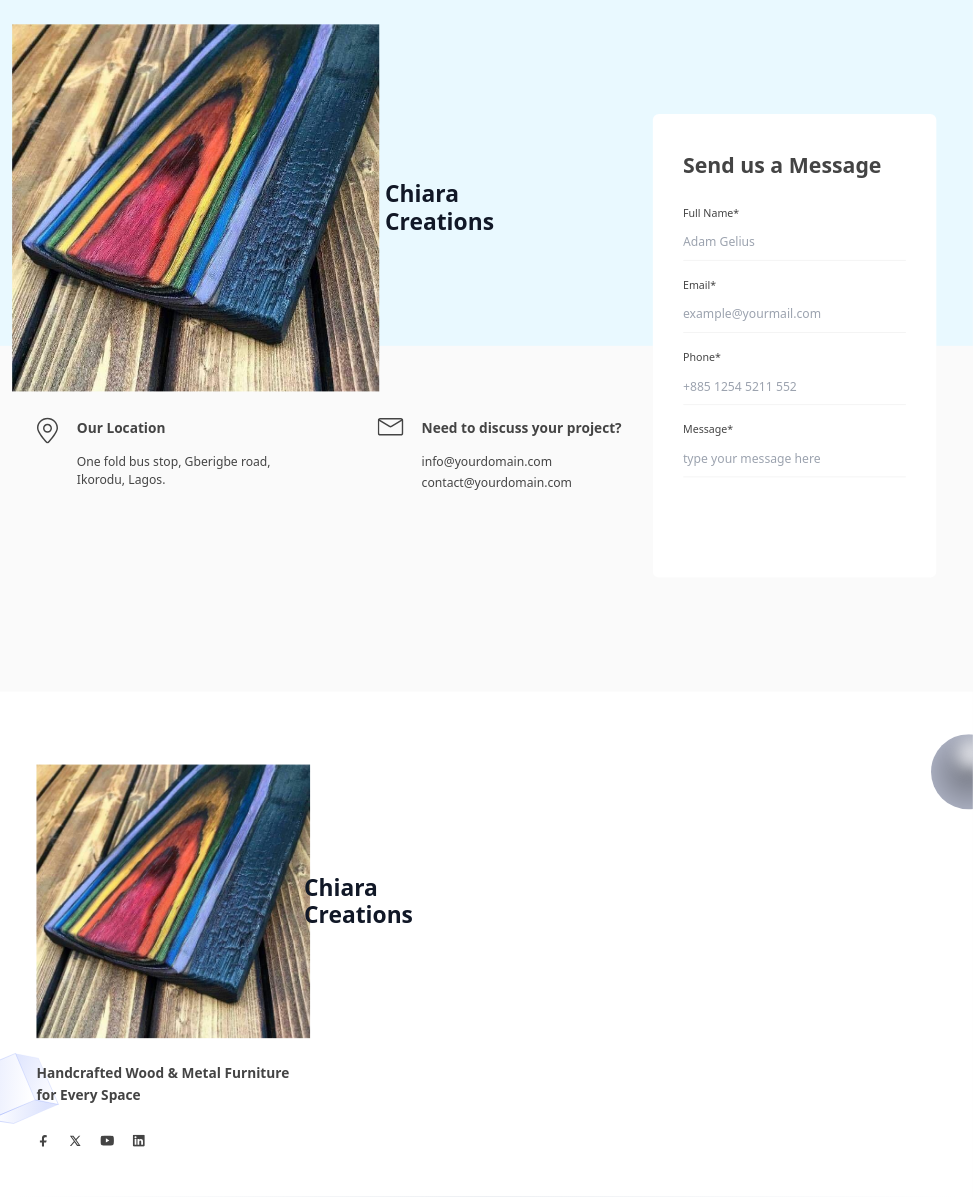
Repository: SuezDevelopment/chiara_creations
Page: /
These files come from the project's save history. The page is drawn as it stood at one moment and after the next save; the edit follows.
The browser window is 1280 px wide. The pictures show the whole page, at 76% of full size.
The project was rebuilt for these pictures with package versions that can differ from the ones it lists, and the page was loaded fresh each time. The framework's server and built-in components were replaced by stand-ins that run in the browser. Also part of the build but not shown: next.config.mjs.

Above is the page before, as saved 2024-03-07 13:19:41.

### src/pages/_app.tsx
import 'tailwindcss/tailwind.css';
import "@/styles/globals.css";
import type { AppProps } from "next/app";

import {memo} from 'react';

const MyApp = memo(({Component, pageProps}: AppProps): JSX.Element => {
  return (
    <>
      <Component {...pageProps} />
    </>
  );
});

export default MyApp;

### src/pages/_document.tsx
import { Html, Head, Main, NextScript } from "next/document";

export default function Document() {
  return (
    <Html lang="en">
      <Head>
        <meta charSet="utf-8" />

        <meta content="notranslate" name="google" />
      </Head>
      <body>
        <Main />
        <NextScript />
      </body>
    </Html>
  );
}

### src/pages/index.tsx
import Image from "next/image";
import { Inter } from "next/font/google";
import Page from "@/components/layout/page";
import { homePageMeta } from "@/data/data";
import Header from "@/components/ui/header";
import Contact from "@/components/ui/contact";
import Footer from "@/components/ui/footer";

export default function Home() {
  const {title, description} = homePageMeta;
  return (
    <Page title={title} description={description}>
      <Header />
      <Contact />
      <Footer />
    </Page>
  );
}

### src/styles/globals.css
@tailwind base;
@tailwind components;
@tailwind utilities;

@layer utilities {
  /* Chrome, Safari and Opera */
  .no-scrollbar::-webkit-scrollbar {
    display: none;
  }

  .no-scrollbar {
    -ms-overflow-style: none; /* IE and Edge */
    scrollbar-width: none; /* Firefox */
  }
}

@supports (-webkit-touch-callout: none) {
  .h-screen {
    height: -webkit-fill-available;
  }
}

* {
  -webkit-font-smoothing: antialiased;
  -moz-osx-font-smoothing: grayscale;
}

html {
  -webkit-tap-highlight-color: transparent;
  scroll-behavior: smooth;
  height: 100vh;
}

body {
  position: relative;
  width: 100%;
  color: #444444;
  font-family: system-ui, -apple-system, BlinkMacSystemFont, 'Segoe UI', Ubuntu, 'Helvetica Neue', sans-serif;
  background-color: #fafafa;
}

td,
th {
  padding: 4px 8px 4px 4px;
  text-align: left;
}

th {
  font-weight: 600;
}

### src/components/layout/page.tsx
import { HomepageMeta } from '@/data/types';
import {NextPage} from 'next';
import Head from 'next/head';
import {useRouter} from 'next/router';
import {memo, PropsWithChildren} from 'react';


const Page: NextPage<PropsWithChildren<HomepageMeta>> = memo(({children, title, description}) => {
    const router = useRouter();
    const {asPath: pathname} = useRouter();
    return (
        <>
            <Head>
                <title>{title}</title>
                <meta name="description" content={description} />

                 {/* several domains list the same content, make sure google knows we mean this one. */}
                <link href={`https://chiara-creations.vercel.app${pathname}`} key="canonical" rel="canonical" />
                <link href="/favicon.ico" rel="icon" sizes="any" />

                <link href="/icon.svg" rel="icon" type="image/svg+xml" />

                <link href="/apple-touch-icon.png" rel="apple-touch-icon" />

                <link href="/site.webmanifest" rel="manifest" />

                {/* Open Graph : https://ogp.me/ */}
                <meta content={title} property="og:title" />
                <meta content={description} property="og:description" />
                <meta content={`https://chiara-creations.vercel.app${pathname}`} property="og:url" />

                <meta content={title} name="twitter:title" />
                <meta content={description} name="twitter:description" />
            </Head>
            <main>
                {children}
            </main>
        </>
    )
});

Page.displayName = 'Page';
export default Page;

### src/data/data.ts
import { HomepageMeta, Service } from "./types";

export const homePageMeta: HomepageMeta = {
  title:
    "Chiara Creations - Handcrafted Wood & Metal Furniture for Every Space",
  description:
    "With a focus on quality craftsmanship and innovative design, we cater to various sectors including residential, commercial, and industrial clients.",
};

export const services: Service[] = [
  {
    name: "Wooden Furniture",
    description:
      "At Chiara creations,our wooden furniture range includes but is not limited to tables, chairs, doors,cabinets, shelves, closets,bed frames, and custom-designed pieces.",
  },
  {
    name: "Metal Furniture",
    description:
      "We also manufacture metal furniture such as steel-framed tables, chairs, desks, shelves, armored doors, security doors , regular doors and industrial-style furniture for modern living spaces.",
  },
  {
    name: "Custom Fabrication",
    description:
      "We provide bespoke fabrication services, collaborating closely with clients to create custom wood and metal products tailored to their specific requirements.",
  },
  {
    name: "Interior Design Solutions",
    description:
      "Our team here at Chiara creations offers comprehensive interior design solutions, integrating our furniture pieces into cohesive interior spaces for homes, offices, restaurants, and other commercial establishments.",
  },
  {
    name: "Consultation and Installation",
    description:
      "From initial consultation to final installation, we ensure a seamless process, guiding clients through every step of the project to achieve their desired outcome.",
  },
];

### src/components/ui/footer.tsx
"use client";
import Image from "next/image";
import Link from "next/link";

const Footer = () => {
  return (
    <>
      <footer className="relative z-10 bg-white pt-16 dark:bg-gray-dark md:pt-20 lg:pt-24">
        <div className="container px-4 mx-auto">
          <div className="mx-4 flex flex-wrap">
            <div className="w-full px-4 md:w-1/2 lg:w-4/12 xl:w-5/12">
              <div className="mb-5 max-w-[360px] lg:mb-16">
                <Link href="/" className="mb-8 flex items-center -space-x-2">
                  <Image
                    src="/images/logo.png"
                    alt="logo"
                    className="w-full dark:hidden"
                    width={40}
                    height={30}
                  />
                  <Image
                    src="/images/logo.png"
                    alt="logo"
                    className="hidden w-full dark:block"
                    width={40}
                    height={30}
                  />
                  <span className="text-2xl sm:text-xl md:text-3xl font-bold text-gray-900 dark:text-gray">Chiara Creations</span>
                </Link>
                <p className="mb-9 leading-relaxed font-bold text-lg text-body-color dark:text-body-color-dark">
                    Handcrafted Wood & Metal Furniture for Every Space
                </p>
                <div className="flex items-center">
                  <a
                    href="/"
                    aria-label="social-link"
                    target="_blank"
                    rel="noopener noreferrer"
                    className="mr-6 text-body-color duration-300 hover:text-primary dark:text-body-color-dark dark:hover:text-primary"
                  >
                    <svg
                      width="18"
                      height="18"
                      viewBox="0 0 22 22"
                      fill="none"
                      xmlns="http://www.w3.org/2000/svg"
                    >
                      <path
                        d="M12.1 10.4939V7.42705C12.1 6.23984 13.085 5.27741 14.3 5.27741H16.5V2.05296L13.5135 1.84452C10.9664 1.66676 8.8 3.63781 8.8 6.13287V10.4939H5.5V13.7183H8.8V20.1667H12.1V13.7183H15.4L16.5 10.4939H12.1Z"
                        fill="currentColor"
                      />
                    </svg>
                  </a>
                  <a
                    href="/"
                    aria-label="social-link"
                    target="_blank"
                    rel="noopener noreferrer"
                    className="mr-6 text-body-color duration-300 hover:text-primary dark:text-body-color-dark dark:hover:text-primary"
                  >
                    <svg
                      width="18"
                      height="18"
                      viewBox="0 0 22 22"
                      fill="none"
                      xmlns="http://www.w3.org/2000/svg"
                    >
                      <path
                        fillRule="evenodd"
                        clipRule="evenodd"
                        d="M13.9831 19.25L9.82094 13.3176L4.61058 19.25H2.40625L8.843 11.9233L2.40625 2.75H8.06572L11.9884 8.34127L16.9034 2.75H19.1077L12.9697 9.73737L19.6425 19.25H13.9831ZM16.4378 17.5775H14.9538L5.56249 4.42252H7.04674L10.808 9.6899L11.4584 10.6039L16.4378 17.5775Z"
                        fill="currentColor"
                      />
                    </svg>
                  </a>
                  <a
                    href="/"
                    aria-label="social-link"
                    target="_blank"
                    rel="noopener noreferrer"
                    className="mr-6 text-body-color duration-300 hover:text-primary dark:text-body-color-dark dark:hover:text-primary"
                  >
                    <svg
                      width="18"
                      height="14"
                      viewBox="0 0 18 14"
                      className="fill-current"
                    >
                      <path d="M17.5058 2.07119C17.3068 1.2488 16.7099 0.609173 15.9423 0.395963C14.5778 7.26191e-08 9.0627 0 9.0627 0C9.0627 0 3.54766 7.26191e-08 2.18311 0.395963C1.41555 0.609173 0.818561 1.2488 0.619565 2.07119C0.25 3.56366 0.25 6.60953 0.25 6.60953C0.25 6.60953 0.25 9.68585 0.619565 11.1479C0.818561 11.9703 1.41555 12.6099 2.18311 12.8231C3.54766 13.2191 9.0627 13.2191 9.0627 13.2191C9.0627 13.2191 14.5778 13.2191 15.9423 12.8231C16.7099 12.6099 17.3068 11.9703 17.5058 11.1479C17.8754 9.68585 17.8754 6.60953 17.8754 6.60953C17.8754 6.60953 17.8754 3.56366 17.5058 2.07119ZM7.30016 9.44218V3.77687L11.8771 6.60953L7.30016 9.44218Z" />
                    </svg>
                  </a>
                  <a
                    href="/"
                    aria-label="social-link"
                    target="_blank"
                    rel="noopener noreferrer"
                    className="text-body-color duration-300 hover:text-primary dark:text-body-color-dark dark:hover:text-primary"
                  >
                    <svg
                      width="17"
                      height="16"
                      viewBox="0 0 17 16"
                      className="fill-current"
                    >
                      <path d="M15.2196 0H1.99991C1.37516 0 0.875366 0.497491 0.875366 1.11936V14.3029C0.875366 14.8999 1.37516 15.4222 1.99991 15.4222H15.1696C15.7943 15.4222 16.2941 14.9247 16.2941 14.3029V1.09448C16.3441 0.497491 15.8443 0 15.2196 0ZM5.44852 13.1089H3.17444V5.7709H5.44852V13.1089ZM4.29899 4.75104C3.54929 4.75104 2.97452 4.15405 2.97452 3.43269C2.97452 2.71133 3.57428 2.11434 4.29899 2.11434C5.02369 2.11434 5.62345 2.71133 5.62345 3.43269C5.62345 4.15405 5.07367 4.75104 4.29899 4.75104ZM14.07 13.1089H11.796V9.55183C11.796 8.7061 11.771 7.58674 10.5964 7.58674C9.39693 7.58674 9.222 8.53198 9.222 9.47721V13.1089H6.94792V5.7709H9.17202V6.79076H9.19701C9.52188 6.19377 10.2466 5.59678 11.3711 5.59678C13.6952 5.59678 14.12 7.08925 14.12 9.12897V13.1089H14.07Z" />
                    </svg>
                  </a>
                </div>
              </div>
            </div>
          </div>

          <div className="h-px w-full bg-gradient-to-r from-transparent via-[#D2D8E183] to-transparent dark:via-[#959CB183]"></div>
          {/* <div className="py-8">
            <p className="text-center text-base text-body-color dark:text-white">
              Template by{" "}
              <a
                href="http://uideck.com"
                target="_blank"
                rel="noopener noreferrer"
                className="hover:text-primary"
              >
                UIdeck
              </a>{" "}
              and{" "}
              <a
                href="https://nextjstemplates.com"
                target="_blank"
                rel="noopener noreferrer"
                className="hover:text-primary"
              >
                Next.js Templates
              </a>
            </p>
          </div> */}
        </div>
        <div className="absolute right-0 top-14 z-[-1]">
          <svg
            width="55"
            height="99"
            viewBox="0 0 55 99"
            fill="none"
            xmlns="http://www.w3.org/2000/svg"
          >
            <circle opacity="0.8" cx="49.5" cy="49.5" r="49.5" fill="#959CB1" />
            <mask
              id="mask0_94:899"
              style={{ maskType: "alpha" }}
              maskUnits="userSpaceOnUse"
              x="0"
              y="0"
              width="99"
              height="99"
            >
              <circle
                opacity="0.8"
                cx="49.5"
                cy="49.5"
                r="49.5"
                fill="#4A6CF7"
              />
            </mask>
            <g mask="url(#mask0_94:899)">
              <circle
                opacity="0.8"
                cx="49.5"
                cy="49.5"
                r="49.5"
                fill="url(#paint0_radial_94:899)"
              />
              <g opacity="0.8" filter="url(#filter0_f_94:899)">
                <circle cx="53.8676" cy="26.2061" r="20.3824" fill="white" />
              </g>
            </g>
            <defs>
              <filter
                id="filter0_f_94:899"
                x="12.4852"
                y="-15.1763"
                width="82.7646"
                height="82.7646"
                filterUnits="userSpaceOnUse"
                colorInterpolationFilters="sRGB"
              >
                <feFlood floodOpacity="0" result="BackgroundImageFix" />
                <feBlend
                  mode="normal"
                  in="SourceGraphic"
                  in2="BackgroundImageFix"
                  result="shape"
                />
                <feGaussianBlur
                  stdDeviation="10.5"
                  result="effect1_foregroundBlur_94:899"
                />
              </filter>
              <radialGradient
                id="paint0_radial_94:899"
                cx="0"
                cy="0"
                r="1"
                gradientUnits="userSpaceOnUse"
                gradientTransform="translate(49.5 49.5) rotate(90) scale(53.1397)"
              >
                <stop stopOpacity="0.47" />
                <stop offset="1" stopOpacity="0" />
              </radialGradient>
            </defs>
          </svg>
        </div>
        <div className="absolute bottom-24 left-0 z-[-1]">
          <svg
            width="79"
            height="94"
            viewBox="0 0 79 94"
            fill="none"
            xmlns="http://www.w3.org/2000/svg"
          >
            <rect
              opacity="0.3"
              x="-41"
              y="26.9426"
              width="66.6675"
              height="66.6675"
              transform="rotate(-22.9007 -41 26.9426)"
              fill="url(#paint0_linear_94:889)"
            />
            <rect
              x="-41"
              y="26.9426"
              width="66.6675"
              height="66.6675"
              transform="rotate(-22.9007 -41 26.9426)"
              stroke="url(#paint1_linear_94:889)"
              strokeWidth="0.7"
            />
            <path
              opacity="0.3"
              d="M50.5215 7.42229L20.325 1.14771L46.2077 62.3249L77.1885 68.2073L50.5215 7.42229Z"
              fill="url(#paint2_linear_94:889)"
            />
            <path
              d="M50.5215 7.42229L20.325 1.14771L46.2077 62.3249L76.7963 68.2073L50.5215 7.42229Z"
              stroke="url(#paint3_linear_94:889)"
              strokeWidth="0.7"
            />
            <path
              opacity="0.3"
              d="M17.9721 93.3057L-14.9695 88.2076L46.2077 62.325L77.1885 68.2074L17.9721 93.3057Z"
              fill="url(#paint4_linear_94:889)"
            />
            <path
              d="M17.972 93.3057L-14.1852 88.2076L46.2077 62.325L77.1884 68.2074L17.972 93.3057Z"
              stroke="url(#paint5_linear_94:889)"
              strokeWidth="0.7"
            />
            <defs>
              <linearGradient
                id="paint0_linear_94:889"
                x1="-41"
                y1="21.8445"
                x2="36.9671"
                y2="59.8878"
                gradientUnits="userSpaceOnUse"
              >
                <stop stopColor="#4A6CF7" stopOpacity="0.62" />
                <stop offset="1" stopColor="#4A6CF7" stopOpacity="0" />
              </linearGradient>
              <linearGradient
                id="paint1_linear_94:889"
                x1="25.6675"
                y1="95.9631"
                x2="-42.9608"
                y2="20.668"
                gradientUnits="userSpaceOnUse"
              >
                <stop stopColor="#4A6CF7" stopOpacity="0" />
                <stop offset="1" stopColor="#4A6CF7" stopOpacity="0.51" />
              </linearGradient>
              <linearGradient
                id="paint2_linear_94:889"
                x1="20.325"
                y1="-3.98039"
                x2="90.6248"
                y2="25.1062"
                gradientUnits="userSpaceOnUse"
              >
                <stop stopColor="#4A6CF7" stopOpacity="0.62" />
                <stop offset="1" stopColor="#4A6CF7" stopOpacity="0" />
              </linearGradient>
              <linearGradient
                id="paint3_linear_94:889"
                x1="18.3642"
                y1="-1.59742"
                x2="113.9"
                y2="80.6826"
                gradientUnits="userSpaceOnUse"
              >
                <stop stopColor="#4A6CF7" stopOpacity="0" />
                <stop offset="1" stopColor="#4A6CF7" stopOpacity="0.51" />
              </linearGradient>
              <linearGradient
                id="paint4_linear_94:889"
                x1="61.1098"
                y1="62.3249"
                x2="-8.82468"
                y2="58.2156"
                gradientUnits="userSpaceOnUse"
              >
                <stop stopColor="#4A6CF7" stopOpacity="0.62" />
                <stop offset="1" stopColor="#4A6CF7" stopOpacity="0" />
              </linearGradient>
              <linearGradient
                id="paint5_linear_94:889"
                x1="65.4236"
                y1="65.0701"
                x2="24.0178"
                y2="41.6598"
                gradientUnits="userSpaceOnUse"
              >
                <stop stopColor="#4A6CF7" stopOpacity="0" />
                <stop offset="1" stopColor="#4A6CF7" stopOpacity="0.51" />
              </linearGradient>
            </defs>
          </svg>
        </div>
      </footer>
    </>
  );
};

export default Footer;

Loaded but not shown: tailwind.config.ts (common file); src/components/ui/contact.tsx (149 lines, source omitted); src/components/ui/header.tsx (177 lines, source omitted)

After the next save:
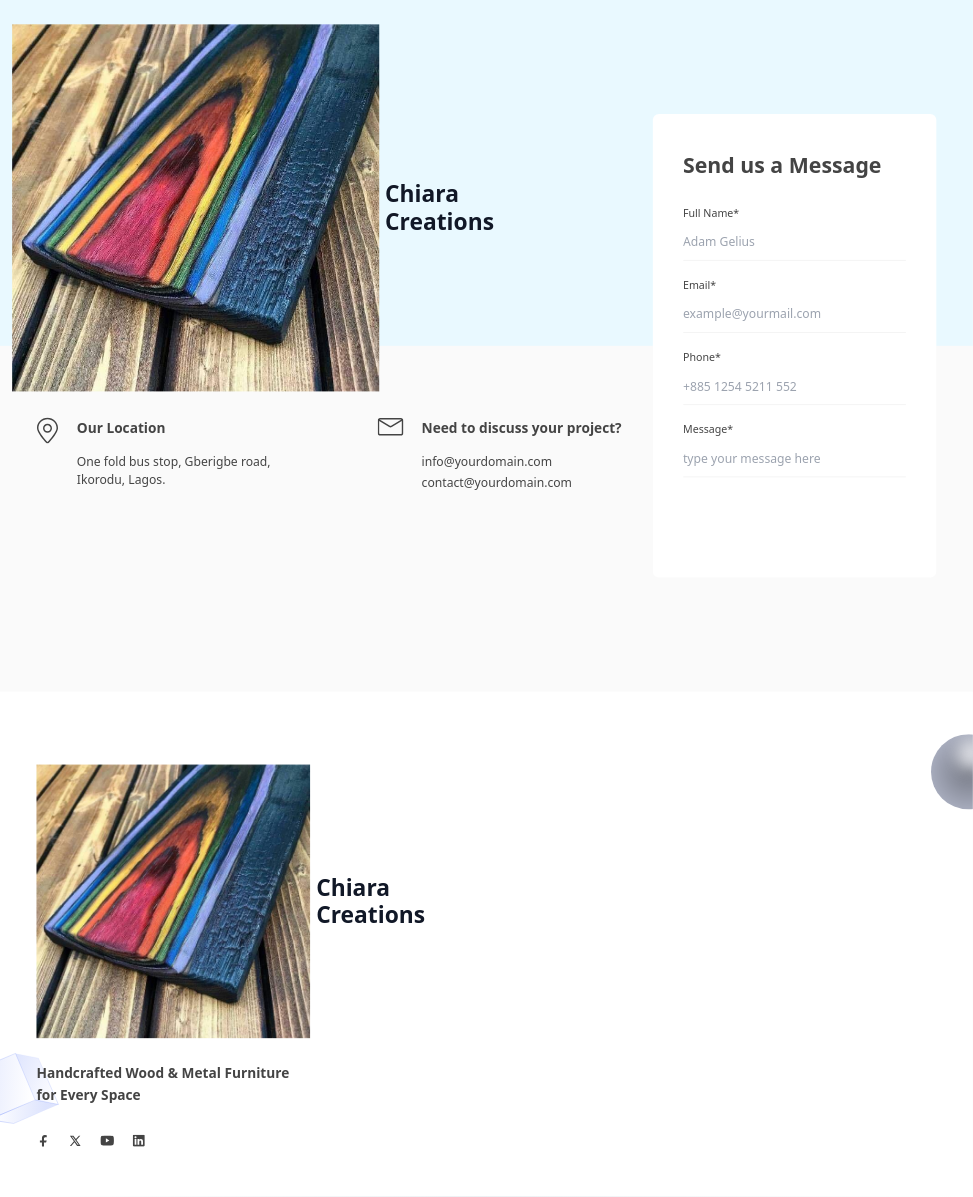
Saved 83 s later.
--- a/src/components/ui/footer.tsx
+++ b/src/components/ui/footer.tsx
@@ -10,7 +10,7 @@ const Footer = () => {
           <div className="mx-4 flex flex-wrap">
             <div className="w-full px-4 md:w-1/2 lg:w-4/12 xl:w-5/12">
               <div className="mb-5 max-w-[360px] lg:mb-16">
-                <Link href="/" className="mb-8 flex items-center -space-x-2">
+                <Link href="/" className="mb-8 flex items-center space-x-2">
                   <Image
                     src="/images/logo.png"
                     alt="logo"
